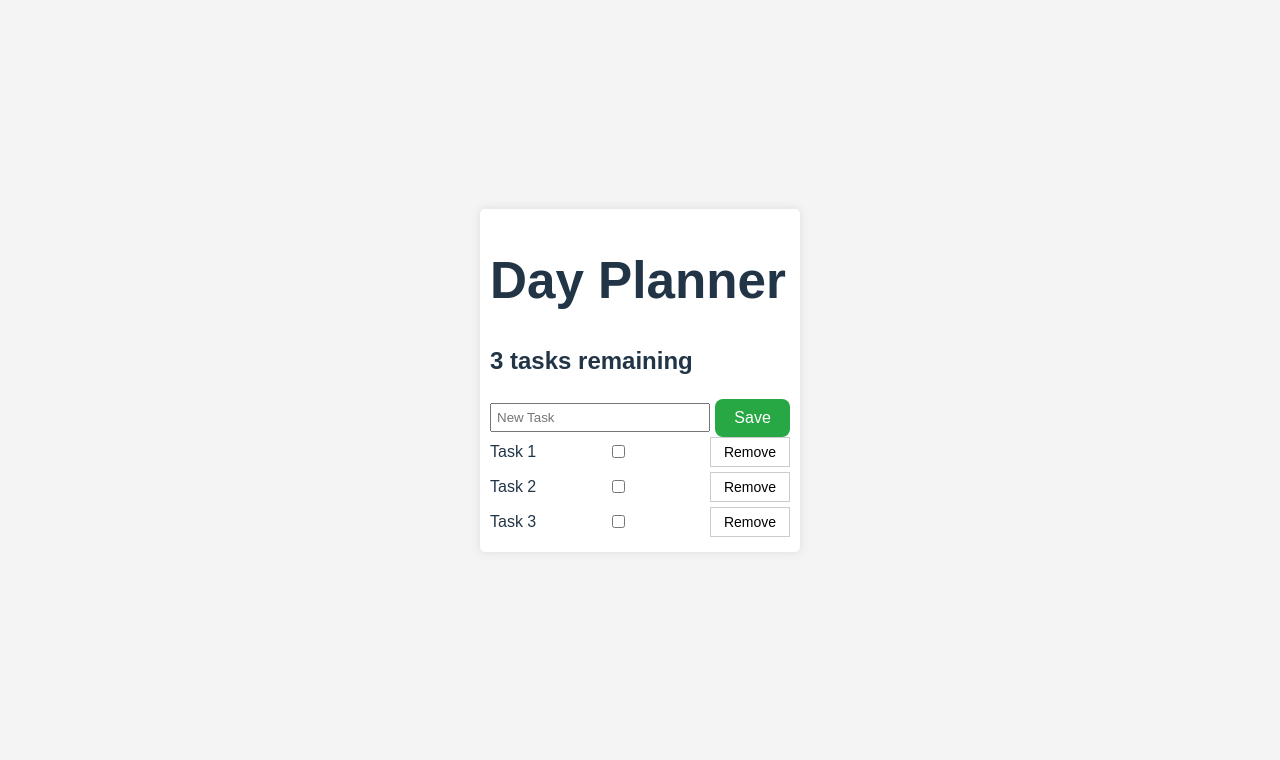
Repository: GavinPahal/lab5
Page: /
These files come from the project's save history. The page is drawn as it stood at one moment and after the next save; the edit follows.
The browser window is 1280 px wide. The pictures show the whole page.
The project was rebuilt for these pictures with package versions that can differ from the ones it lists, and the page was loaded fresh each time. Also part of the build but not shown: vite.config.js.

Above is the page before, as saved 2024-10-11 18:00:30.

### src/App.jsx
// src/App.jsx
import React, { useState } from 'react';
import Header from '../components/Header';
import TaskForm from '../components/TaskForm';
import TaskList from '../components/TaskList';
import './App.css';

function App() {
  const [tasks, setTasks] = useState([
    { id: 1, name: "Task 1", isCompleted: false },
    { id: 2, name: "Task 2", isCompleted: false },
    { id: 3, name: "Task 3", isCompleted: false },
  ]);

  const addTask = (name) => {
    setTasks([...tasks, { id: Date.now(), name, isCompleted: false }]);
  };

  const toggleComplete = (id) => {
    setTasks(
      tasks.map((task) =>
        task.id === id ? { ...task, isCompleted: !task.isCompleted } : task
      )
    );
  };

  const deleteTask = (id) => {
    setTasks(tasks.filter((task) => task.id !== id));
  };

  const pendingTasksCount = tasks.filter((task) => !task.isCompleted).length;

  return (
    <div className="app">
      <Header pendingTasksCount={pendingTasksCount} />
      <TaskForm addTask={addTask} />
      <TaskList
        tasks={tasks}
        toggleComplete={toggleComplete}
        deleteTask={deleteTask}
      />
    </div>
  );
}

export default App;

### components/Header.jsx
// components/Header.jsx
import React from 'react';

function Header({ pendingTasksCount }) {
  return (
    <header>
      <h1>Day Planner</h1>
      <h2>{pendingTasksCount} tasks remaining</h2>
    </header>
  );
}

export default Header;

### components/TaskForm.jsx
// components/TaskForm.jsx
import React, { useState } from 'react';

function TaskForm({ addTask }) {
  const [taskName, setTaskName] = useState('');

  const handleSubmit = (e) => {
    e.preventDefault();
    if (taskName.trim() !== '') {
      addTask(taskName);
      setTaskName('');
    }
  };

  return (
    <form onSubmit={handleSubmit} style={{ display: 'flex', alignItems: 'center' }}>
      <input
        type="text"
        placeholder="New Task"
        value={taskName}
        onChange={(e) => setTaskName(e.target.value)}
        style={{ flex: 1, marginRight: '5px' }} // Flex to take remaining space
      />
      <button type="submit" className="save">Save</button>
    </form>
  );
}

export default TaskForm;

### components/TaskList.jsx
// components/TaskList.jsx
import React from 'react';
import Task from './Task';

function TaskList({ tasks, toggleComplete, deleteTask }) {
  return (
    <div>
      {tasks.map((task) => (
        <Task
          key={task.id}
          task={task}
          toggleComplete={toggleComplete}
          deleteTask={deleteTask}
        />
      ))}
    </div>
  );
}

export default TaskList;

### src/App.css
/* src/App.css */
body {
  font-family: sans-serif;
  margin: 0;
  padding: 20px;
  display: flex; /* Use Flexbox for centering */
  justify-content: center; /* Center horizontally */
  align-items: center; /* Center vertically */
  height: 100vh; /* Full height to enable vertical centering */
  background-color: #f4f4f4; /* Optional background color */
}

.app {
  background-color: #fff;
  padding: 10px;
  border-radius: 5px;
  box-shadow: 0 0 10px rgba(0, 0, 0, 0.1); /* Optional shadow for better visibility */
  width: 300px; /* Fixed width for the app */
}

.task {
  display: flex;
  justify-content: space-between;
  align-items: center; /* Align items vertically in the center */
  margin-bottom: 5px;
}

input[type="text"] {
  padding: 5px;
}

button {
  padding: 5px;
}

button.save {
  background-color: #28a745; /* Green color */
  color: white;
  border: none;
  cursor: pointer;
}

button.save:hover {
  background-color: #218838; /* Darker green on hover */
}

button.remove {
  width: 80px; /* Width for rectangular shape */
  height: 30px; /* Height for rectangular shape */
  background-color: transparent; /* No background color */
  color: black; /* Text color */
  border: 1px solid #ccc; /* Light border for visibility */
  border-radius: 0; /* No rounded edges */
  cursor: pointer;
  display: flex; /* Flexbox for centering text */
  align-items: center; /* Center vertically */
  justify-content: center; /* Center horizontally */
  font-size: 14px; /* Font size for fitting text */
  margin-left: 10px; /* Add space between the save button and remove button */
}

.completed span {
  text-decoration: line-through;
}

### components/Task.jsx
// components/Task.jsx
import React from 'react';

function Task({ task, toggleComplete, deleteTask }) {
  return (
    <div className={`task ${task.isCompleted ? 'completed' : ''}`}>
      <span>{task.name}</span>
      <input
        type="checkbox"
        checked={task.isCompleted}
        onChange={() => toggleComplete(task.id)}
      />
      <button onClick={() => deleteTask(task.id)} className="remove">Remove</button>
    </div>
  );
}

export default Task;

Loaded but not shown: index.html (common file); src/main.jsx (common file); src/index.css (common file)

After the next save:
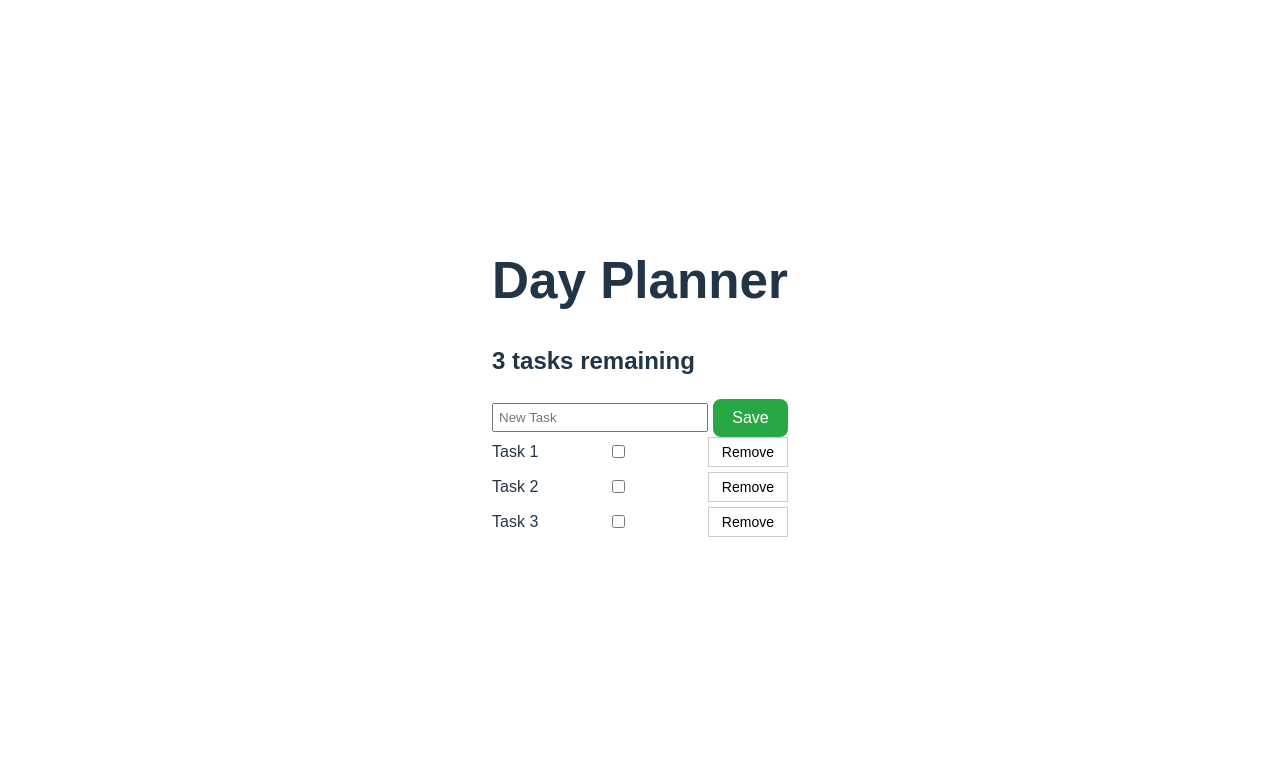
Saved 115 s later.
--- a/src/App.css
+++ b/src/App.css
@@ -6,16 +6,13 @@ body {
   display: flex; /* Use Flexbox for centering */
   justify-content: center; /* Center horizontally */
   align-items: center; /* Center vertically */
-  height: 100vh; /* Full height to enable vertical centering */
-  background-color: #f4f4f4; /* Optional background color */
+  height: 100vh; /* Full height for vertical centering */
 }
 
 .app {
   background-color: #fff;
   padding: 10px;
-  border-radius: 5px;
-  box-shadow: 0 0 10px rgba(0, 0, 0, 0.1); /* Optional shadow for better visibility */
-  width: 300px; /* Fixed width for the app */
+  border-radius: 5px; /* Keep this if you want rounded corners */
 }
 
 .task {
